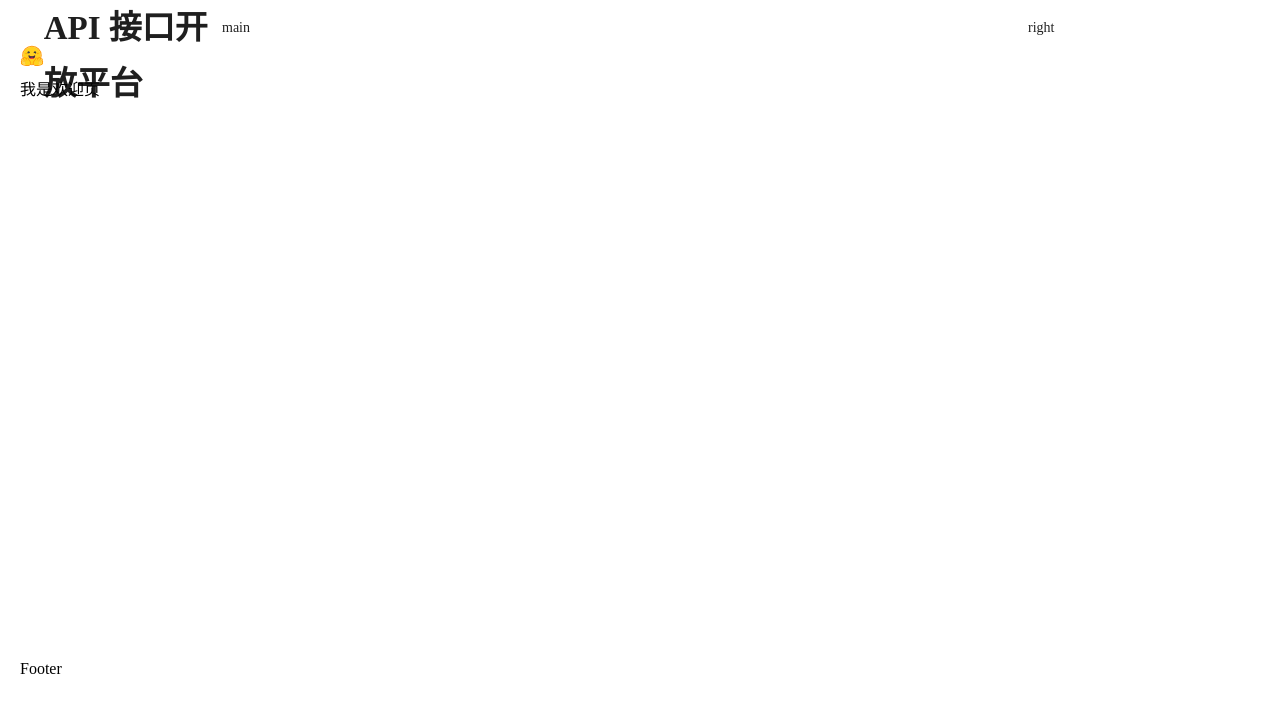
Repository: 202100202078/SignInBox
Page: /
The author's editor kept a copy of each file at every save. The page is drawn from the files as they stood at one save, then again after the next save.
The browser window is 1280 px wide. The pictures show the whole page.
The project was rebuilt for these pictures with package versions that can differ from the ones it lists, and the page was loaded fresh each time. Also part of the build but not shown: vite.config.js, src/components/FilterLayout.vue, src/components/PageFooter.vue, src/components/TableLayout.vue, src/components/ToolTip.vue.

Above is the page before, as saved 2023-11-23 20:15:29.

After the next save:
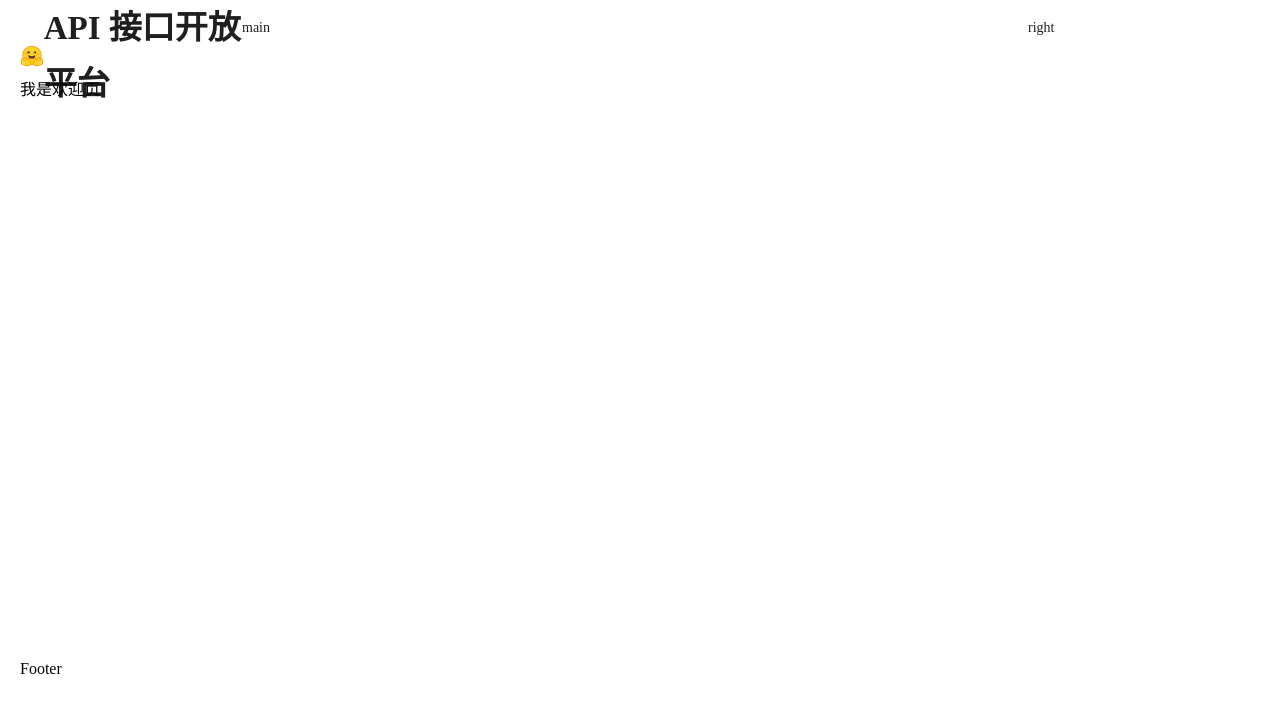
Saved 18 s later.
--- a/src/views/layout/LayOutContainer.vue
+++ b/src/views/layout/LayOutContainer.vue
@@ -38,7 +38,7 @@
       z-index: 100;
       transition: background-color 0.3s cubic-bezier(0.645, 0.045, 0.355, 1);
       .el-header-left {
-        width: 202px;
+        width: 222px;
         > a {
           display: flex;
           align-items: center;
